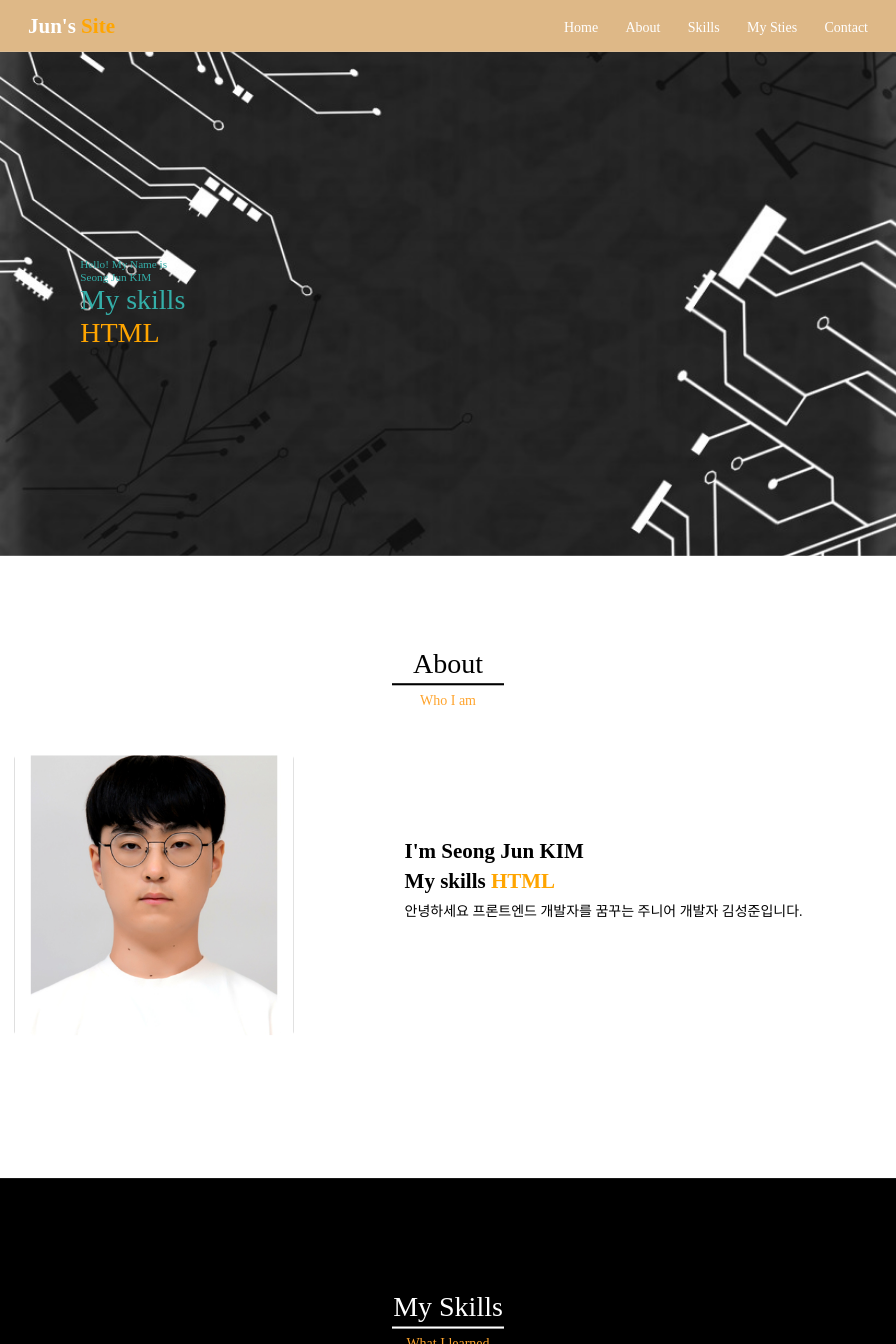
Repository: jun01270/jun
Page: index.html
An editor plug-in stored every save of this project. The page is shown before and after the next save, followed by the edit.
The browser window is 1280 px wide. The pictures show the part of the page from y = 0 to 1920 px (the page is 3823 px tall), at 70% of full size.
Some web libraries are served in a nearby version.

Above is the page before, as saved 2023-05-11 17:49:09.

After the next save:
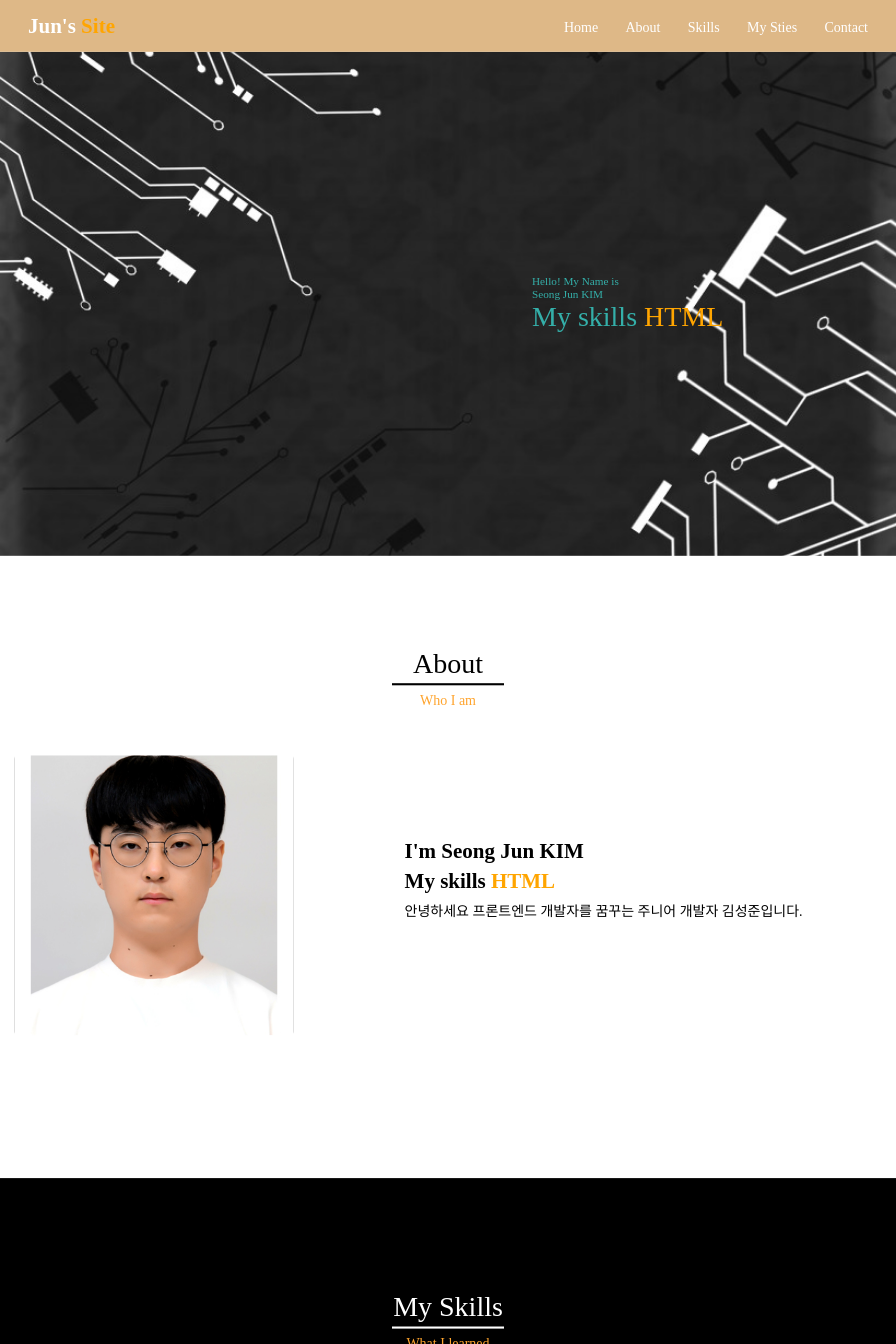
Saved 8 s later.
--- a/css/home.css
+++ b/css/home.css
@@ -12,7 +12,7 @@
 }
 
 .home .home-section {
-  margin-left: 20%;
+  margin-left: 700px;
 }
 
 .home .home-section .text1 {
